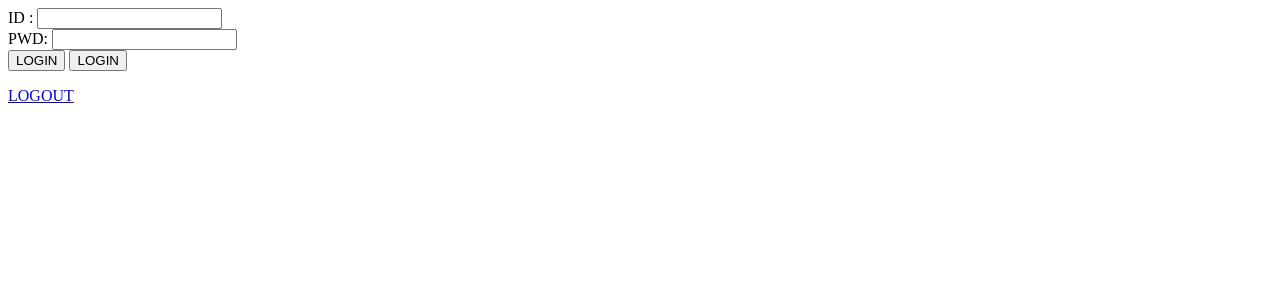
Repository: hrk09/JSPServlet
Page: http://localhost/edu/exam06.jsp
An editor plug-in stored every save of this project. The page is shown before and after the next save, followed by the edit.
The browser window is 1280 px wide. The pictures show the whole page.
The page is served by Tomcat 9. Nobody is signed in. The application's start-up code is not run.

Above is the page before, as saved 2022-06-30 06:05:19.

After the next save:
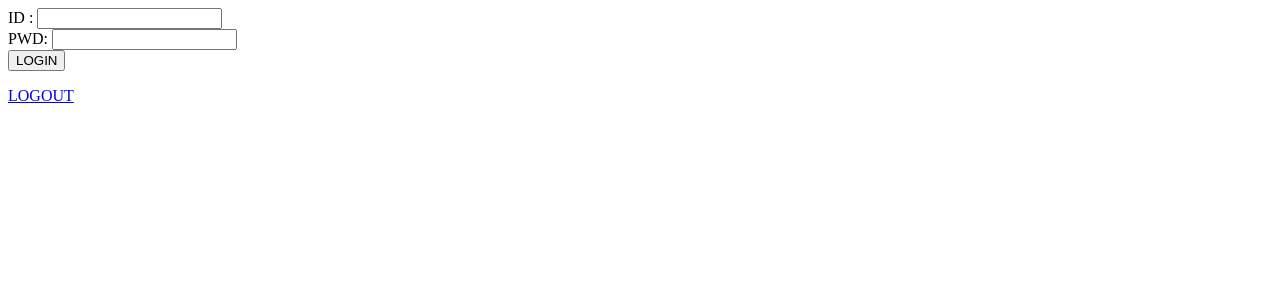
Saved 55 s later.
--- a/edu/WebContent/exam06.jsp
+++ b/edu/WebContent/exam06.jsp
@@ -9,7 +9,7 @@
 
 <form action="logProc.jsp" method="post">
 	ID : <input type="text" name="id"><br>
-	PWD: <input	type="password" name="pwd"><br> <input type="submit" value="LOGIN">
+	PWD: <input	type="password" name="pwd"><br>
 	<input type="submit" value="LOGIN">
 </form>
 
